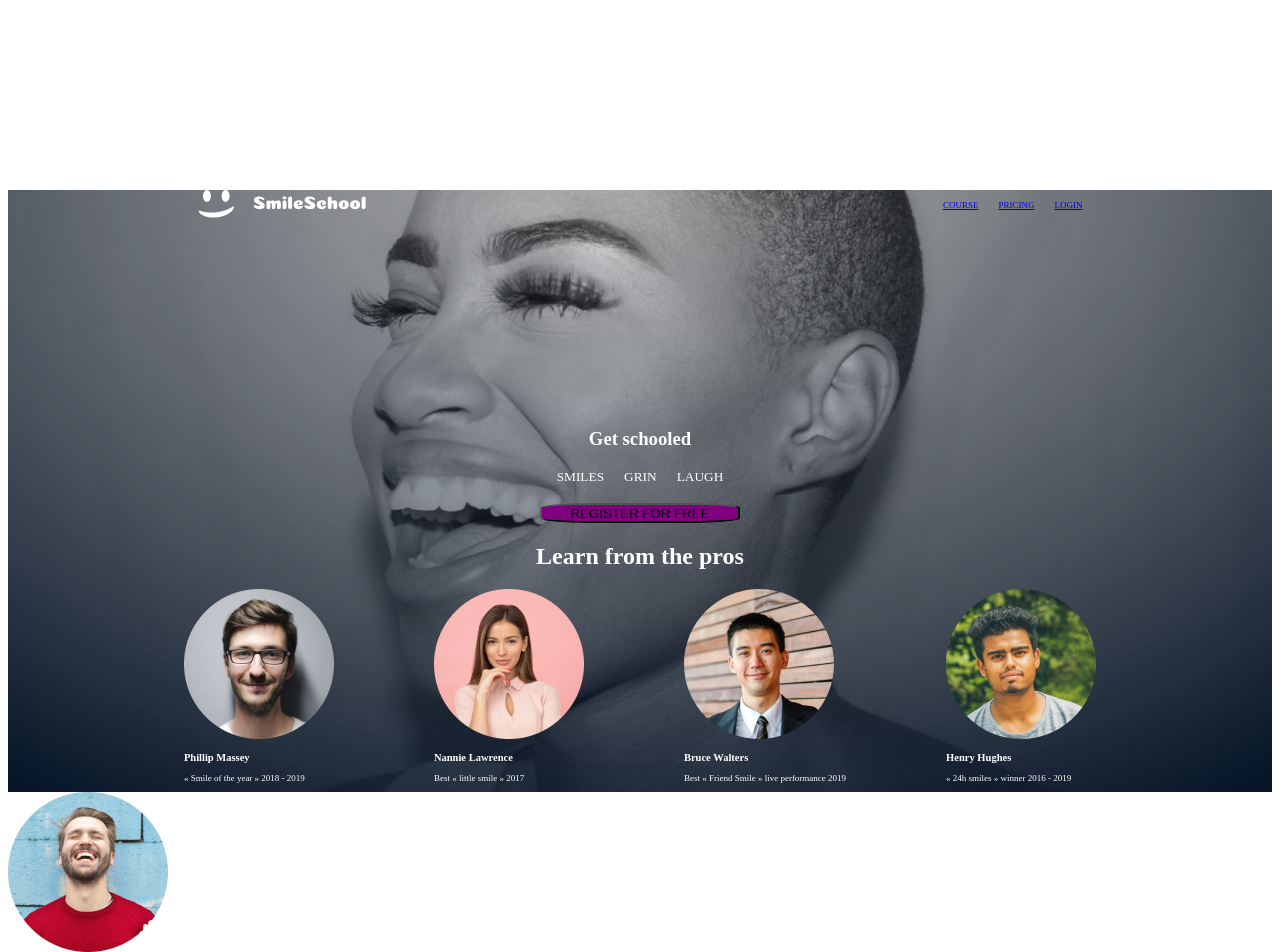
Repository: mwihakiann/alx_html_css
Page: css_advanced/index.html
An editor plug-in stored every save of this project. The page is shown before and after the next save, followed by the edit.
The browser window is 1280 px wide. The pictures show the part of the page from y = 0 to 952 px (the page is 3642 px tall before and 3822 px after).
A picture or video elsewhere on the page could not be fetched, so the positions and the page height are approximate. Some web libraries are served in a nearby version.

Above is the page before, as saved 2025-09-28 18:19:06.

After the next save:
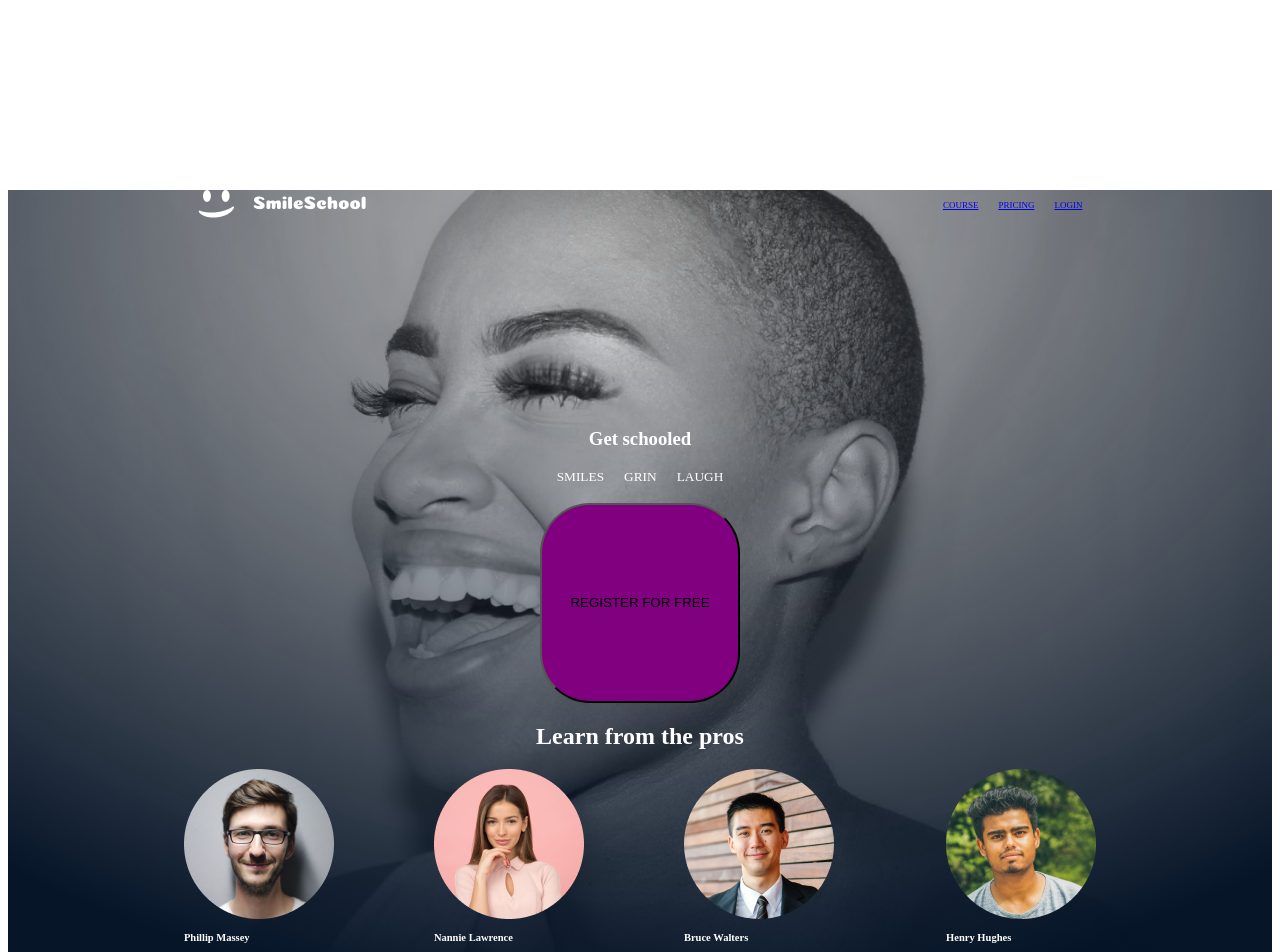
Saved 18 s later.
--- a/css_advanced/styles.css
+++ b/css_advanced/styles.css
@@ -34,7 +34,7 @@
 .register{
     background-color: purple;
     width: 200px;
-    height:20px;
+    height:200px;
     border-radius: 25%;
     gap: 100px;
 }

After the 3 saves that followed:
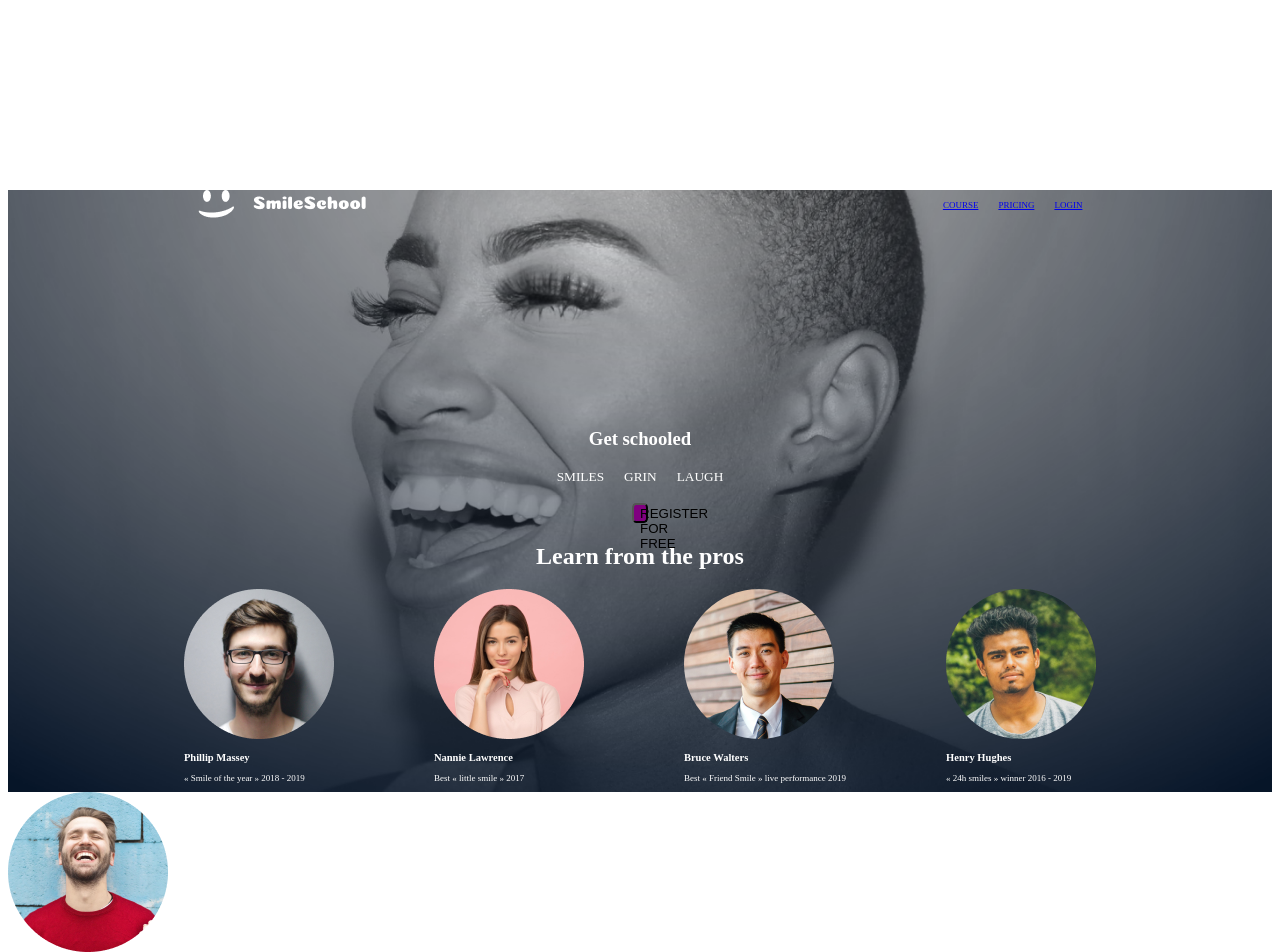
The 3 saves are shown as one change because they came seconds apart.
The last was saved 17 s later.
--- a/css_advanced/styles.css
+++ b/css_advanced/styles.css
@@ -33,8 +33,8 @@
 }
 .register{
     background-color: purple;
-    width: 200px;
-    height:200px;
+    width: 0px;
+    height:20px;
     border-radius: 25%;
     gap: 100px;
 }
